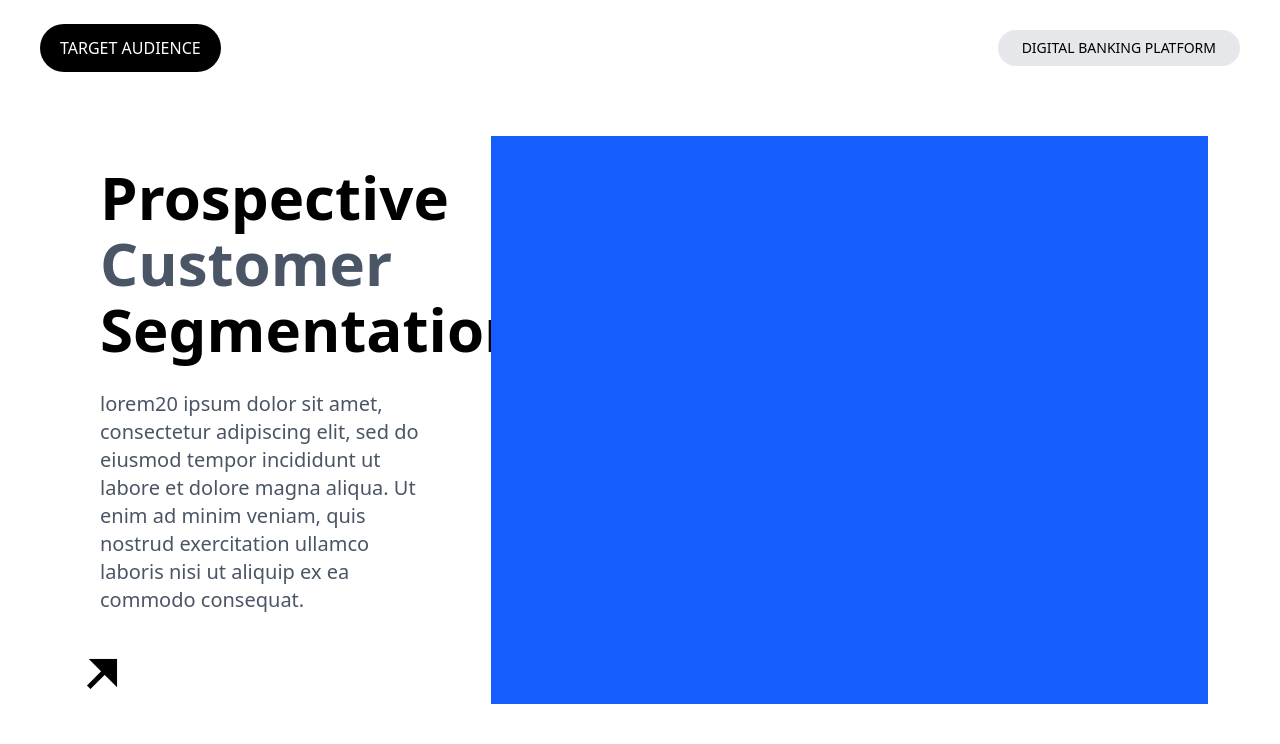
Repository: Mohitkumar1322/ReactTut
Page: / (app in projectSher1/)
The author's editor kept a copy of each file at every save. The page is drawn from the files as they stood at one save, then again after the next save.
The browser window is 1280 px wide. The pictures show the whole page.
The project was rebuilt for these pictures with package versions that can differ from the ones it lists, and the page was loaded fresh each time. Also part of the build but not shown: projectSher1/vite.config.js.

Above is the page before, as saved 2025-11-16 15:57:21.

After the next save:
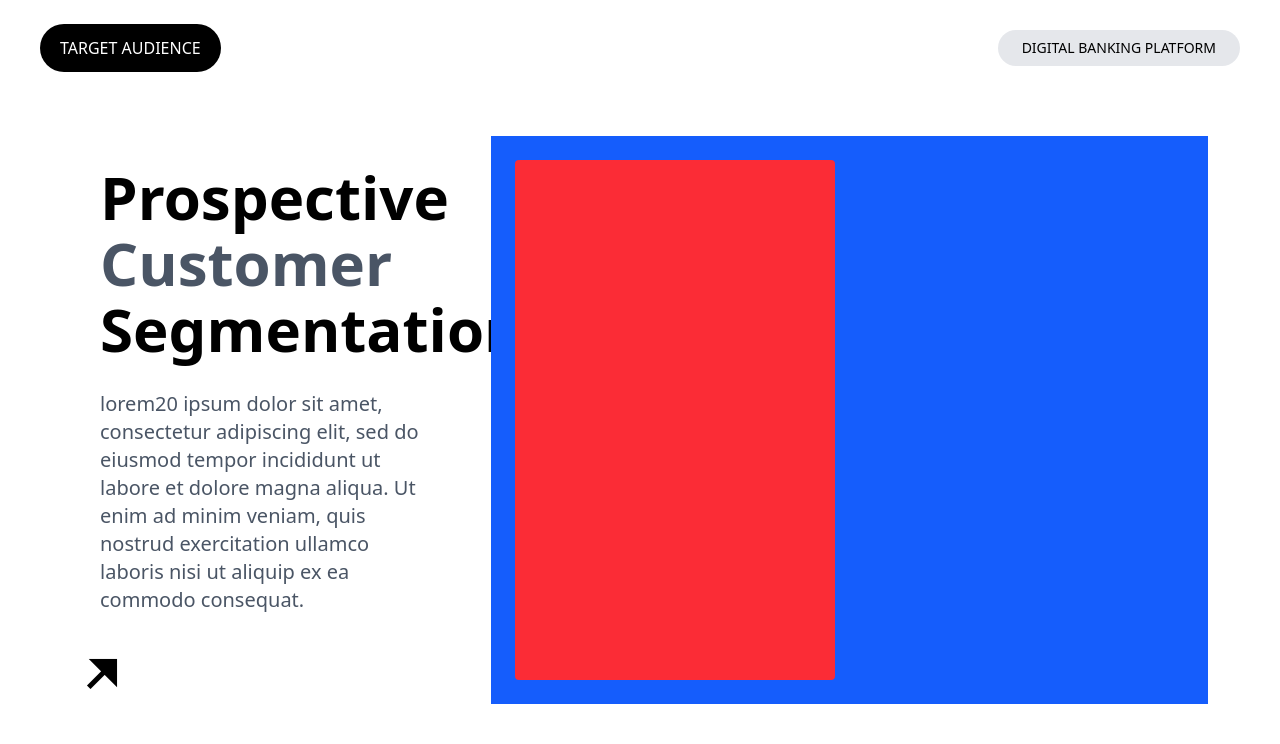
Saved 5 s later.
--- a/projectSher1/src/components/Section1/RightCard.jsx
+++ b/projectSher1/src/components/Section1/RightCard.jsx
@@ -2,7 +2,7 @@ import React from 'react'
 
 const RightCard = () => {
   return (
-    <div className='h-full w-80 '>
+    <div className='h-full w-80 bg-red-500 rounded'>
 
     </div>
   )
